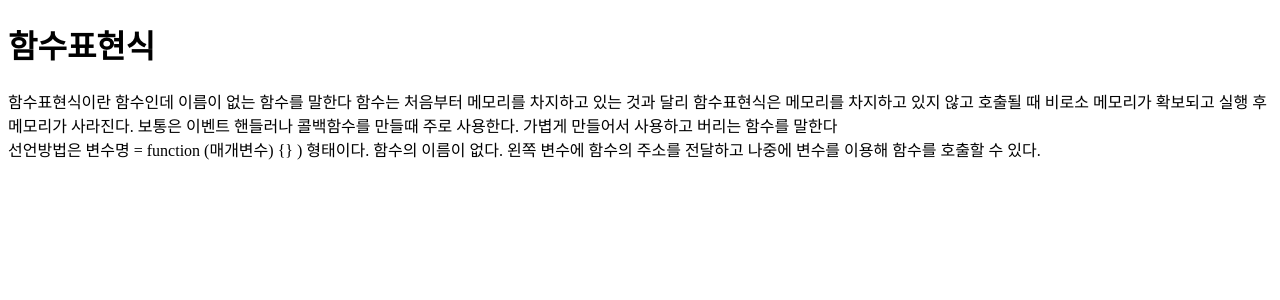
Repository: seoyeon0619/WebProgramming
Page: workspace1/myhome2/src/main/webapp/javascript/함수표현식.html
The author's editor kept a copy of each file at every save. The page is drawn from the files as they stood at one save, then again after the next save.
The browser window is 1280 px wide. The pictures show the whole page.

Above is the page before, as saved 2023-01-02 01:31:30.
Console error: TypeError: Cannot set properties of null (setting 'innerHTML')

After the next save:
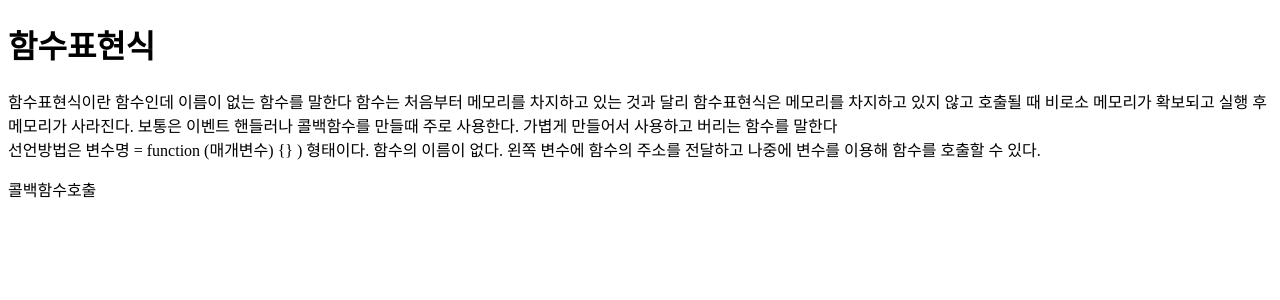
The error is gone.
Saved 60 s later.
--- a/workspace1/myhome2/src/main/webapp/javascript/함수표현식.html
+++ b/workspace1/myhome2/src/main/webapp/javascript/함수표현식.html
@@ -8,9 +8,12 @@
 // window-이 문서에 대해서 모든 객체를 가지고 있는 최상위객체
 // html 문서가 모두 loading되면 window.onload에 전달된 함수를 호출
 //window.onload = alert('윈도우');
-document.getElementById("test").innerHTML="콜백함수호출";
+
+// 문서를 만들기 전에 먼저 발생
+//document.getElementById("test").innerHTML="콜백함수호출";
 window.onload = function() {
 	console.log("문서가 모두 로딩되었습니다");
+document.getElementById("test").innerHTML="콜백함수호출";
 }
 </script>
 <body>
